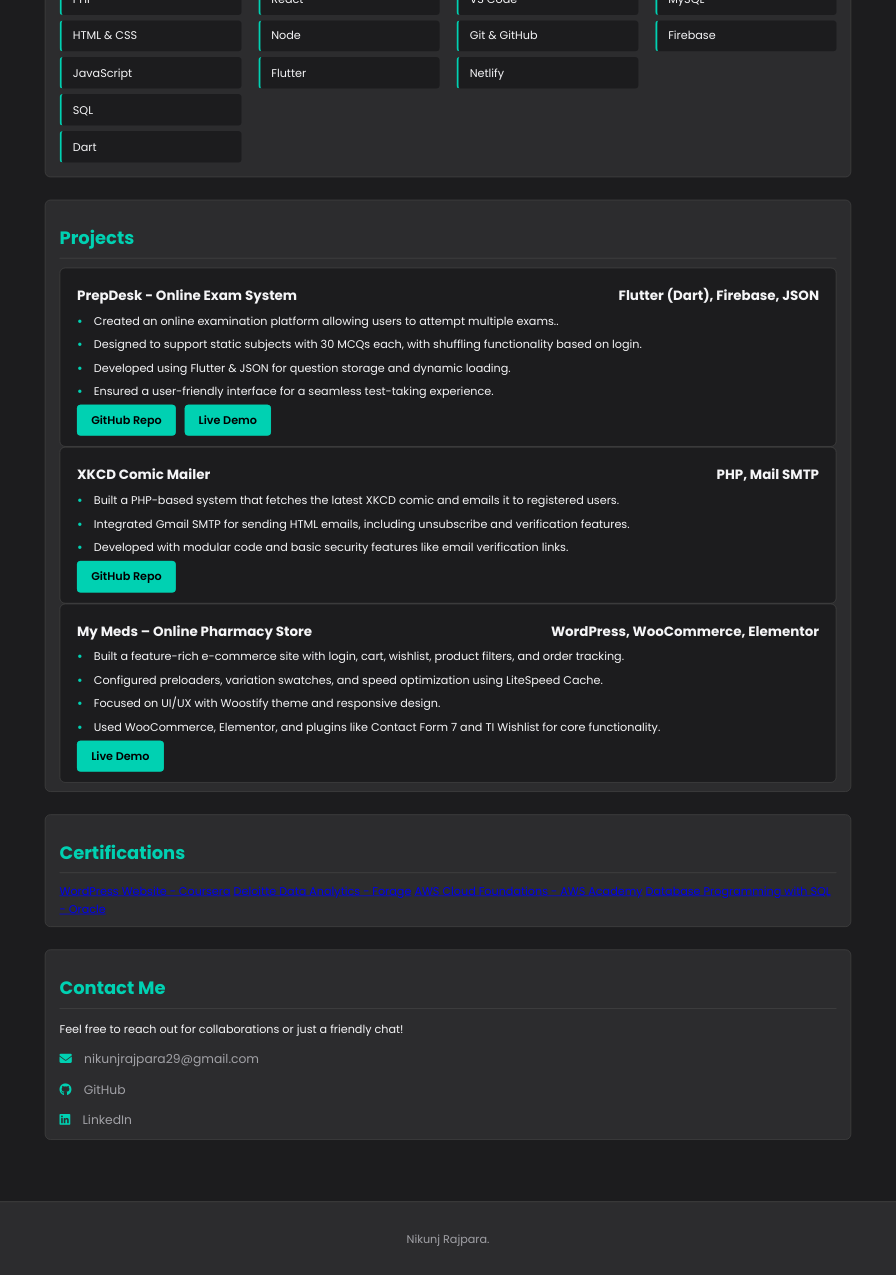
Repository: NikunjRajpara/portfolio
Page: index.html
An editor plug-in stored every save of this project. The page is shown before and after the next save, followed by the edit.
The browser window is 1280 px wide. The pictures show the part of the page from y = 1716 to 3636 px (the page is 3538 px tall before and 3636 px after), at 70% of full size.

Above is the page before, as saved 2025-07-23 11:17:16.

### index.html
<!DOCTYPE html>
<html lang="en">
<head>
    <meta charset="UTF-8">
    <meta name="viewport" content="width=device-width, initial-scale=1.0">
    <title>Nikunj Rajpara | Personal Portfolio</title>
    <link rel="stylesheet" href="style.css">
    <link rel="preconnect" href="https://fonts.googleapis.com">
    <link rel="preconnect" href="https://fonts.gstatic.com" crossorigin>
    <link href="https://fonts.googleapis.com/css2?family=Poppins:wght@300;400;600;700&display=swap" rel="stylesheet">
    <link rel="stylesheet" href="https://cdnjs.cloudflare.com/ajax/libs/font-awesome/6.5.1/css/all.min.css">
</head>
<body>

    <!-- Header Section -->
    <header>
        <nav>
            <div class="logo">Nikunj Rajpara</div>
            <ul class="nav-links">
  <li><a href="#about">About</a></li>
  <li><a href="#education">Education</a></li>
  <li><a href="#experience">Experience</a></li>
  <li><a href="#skills">Skills</a></li>
  <li><a href="#projects">Projects</a></li>
  <li><a href="#certifications">Certifications</a></li>
  <li><a href="#contact">Contact</a></li>
</ul>

        </nav>
    </header>

    <!-- Main Content -->
    <main>
        <!-- Hero Section -->
        <section id="hero">
            <div class="hero-content">
                <img src="https://github.com/user-attachments/assets/263757a8-381b-4890-8bf0-0c66ba8d1ebf" alt="Profile Picture of Nikunj Rajpara" class="profile-img">
                <div class="hero-text">
                    <h1>MERN Stack Developer</h1>
                    <p>A passionate developer focused on building secure, scalable, and modern web applications.</p>
                </div>
            </div>
        </section>

        <!-- About Section -->
        <section id="about">
            <h2>About Me</h2>
            <div class="About-item">
            <ul class="introduction">
                    <li>I'm a Computer Engineering student at Marwadi University, passionate about exploring how technology works and bringing ideas to life through hands-on experience. With a strong foundation, I am sharpening my skills as a Mern Stack Intern at BrainyBeam Technologies.</li>
                    <li> I thrive on turning ideas into functional, scalable solutions. With hands-on experience and a solid understanding, I am now expanding my horizons into open-source development. I’ve learned the importance of clean code, version control, and team collaboration — all principles I carry into every project.</li>
                    <li> I’m actively seeking internship opportunities in software development and tech-driven roles where I can grow, collaborate, and make an impact.</li>
                    <li>Let’s connect!</li>
                    </div>
        </section>

        <!-- Education Section -->
<section id="education">
  <h2>Education</h2>
  <div class="education-item">
    <p><strong>Marwadi University, Rajkot</strong></p>
    <p><strong>Computer Engineering - Diploma</strong><br>Oct 2020 - May 2023 | CGPA: 8.13</p>
  </div>
  <div class="education-item">
    <p><strong>Marwadi University, Rajkot</strong></p>
    <p><strong>Computer Engineering - B. Tech</strong><br>Sept 2023 - May 2026</p>
  </div>
</section>

        <!-- Experience Section -->
        <section id="experience">
            <h2>Experience</h2>
            <div class="experience-item">
                <div class="experience-header">
                    <h3>Brainy Beam Technologies | MERN Stack Intern</h3>
                    <span class="experience-location">Ahmedabad, Gujarat | May 2025 – June 2025</span>
                </div>
                <ul class="experience-details">
                    <li>Developed secure authentication and registration flows with real-time validation and structured error handling.</li>
                    <li>Built Core page layouts including routing, profile modules, and dashboard navigation with a clean, scalable architecture.</li>
                    <li>Followed modern web development standards and clean code practices, ensuring maintainability, performance, and security.</li>
                </ul>
            </div>
        </section>

        <!-- Skills Section -->
        <section id="skills">
            <h2>My Skills</h2>
            <div class="skills-container">
                <div class="skill-category">
                    <h3>Programming Languages</h3>
                    <ul>
                        <li>PHP</li>
                        <li>HTML & CSS</li>
                        <li>JavaScript</li>
                        <li>SQL</li>
                        <li>Dart</li>
                    </ul>
                </div>
                <div class="skill-category">
                    <h3>Libraries & Frameworks</h3>
                    <ul>
                        <li>React</li>
                        <li>Node</li>
                        <li>Flutter</li>
                    </ul>
                </div>
                <div class="skill-category">
                    <h3>Tools & Platforms</h3>
                    <ul>
                        <li>VS Code</li>
                        <li>Git & GitHub</li>
                        <li>Netlify</li>
                    </ul>
                </div>
                <div class="skill-category">
                    <h3>Databases</h3>
                    <ul>
                        <li>MySQL</li>
                        <li>Firebase</li>
                    </ul>
                </div>
            </div>
        </section>

        <!-- Projects Section -->
        <section id="projects">
            <h2>Projects</h2>
            <div class="project-card">
                <div class="project-header">
                    <h3>PrepDesk - Online Exam System</h3>
                    <span class="project-tech">Flutter (Dart), Firebase, JSON</span>
                </div>
                <ul class="project-details">
                    <li>Created an online examination platform allowing users to attempt multiple exams..</li>
                    <li>Designed to support static subjects with 30 MCQs each, with shuffling functionality based on login.</li>
                    <li>Developed using Flutter & JSON for question storage and dynamic loading.</li>
                    <li>Ensured a user-friendly interface for a seamless test-taking experience.</li>
                <div class="project-links">
                    <a href="https://github.com/NikunjRajpara/prepdesk" class="btn-link">GitHub Repo</a>
                    <a href="https://prepdeskexam.netlify.app/" class="btn-link">Live Demo</a>
                </div>
            </div>

            <div class="project-card">
  <div class="project-header">
    <h3>XKCD Comic Mailer</h3>
    <span class="project-tech">PHP, Mail SMTP</span>
  </div>
  <ul class="project-details">
    <li>Built a PHP-based system that fetches the latest XKCD comic and emails it to registered users.</li>
    <li>Integrated Gmail SMTP for sending HTML emails, including unsubscribe and verification features.</li>
    <li>Developed with modular code and basic security features like email verification links.</li>
  </ul>
  <div class="project-links">
    <a href="https://github.com/NikunjRajpara/XKCD-Comic" class="btn-link">GitHub Repo</a>
  </div>
</div>

<div class="project-card">
  <div class="project-header">
    <h3>My Meds – Online Pharmacy Store</h3>
    <span class="project-tech">WordPress, WooCommerce, Elementor</span>
  </div>
  <ul class="project-details">
    <li>Built a feature-rich e-commerce site with login, cart, wishlist, product filters, and order tracking.</li>
    <li>Configured preloaders, variation swatches, and speed optimization using LiteSpeed Cache.</li>
    <li>Focused on UI/UX with Woostify theme and responsive design.</li>
    <li>Used WooCommerce, Elementor, and plugins like Contact Form 7 and TI Wishlist for core functionality.</li>
  </ul>
  <div class="project-links">
    <a href="https://mymeds.42web.io/" class="btn-link">Live Demo</a>
  </div>
</div>

        </section>

     <!-- Certifications Section -->
<section id="certifications">
  <h2>Certifications</h2>
  <div class="cert-links">
    <a href="https://www.coursera.org/account/accomplishments/verify/JCHUG2V3B9CD" target="_blank">WordPress Website - Coursera</a>
    <a href="https://forage-uploads-prod.s3.amazonaws.com/completion-certificates/9PBTqmSxAf6zZTseP/io9DzWKe3PTsiS6GG_9PBTqmSxAf6zZTseP_cTxrjBYMDmJePsFNL_1745661196625_completion_certificate.pdf" target="_blank">Deloitte Data Analytics - Forage</a>
    <a href="https://www.credly.com/badges/220a269f-0b0c-48c9-b872-8cb1258a5f5d" target="_blank">AWS Cloud Foundations - AWS Academy</a>
    <a href="https://drive.google.com/file/d/12mJQulLoDs20k5aMf6YPIAZCJ1PORaJe/view" target="_blank">Database Programming with SQL - Oracle</a>
  </div>
</section>




        <!-- Contact Section -->
        <aside id="contact">
            <h2>Contact Me</h2>
            <p>Feel free to reach out for collaborations or just a friendly chat!</p>
            <div class="contact-links">
                <a href="mailto:nikunjrajpara29@gmail.com"><i class="fas fa-envelope"></i> nikunjrajpara29@gmail.com</a>
                <a href="https://github.com/NikunjRajpara"><i class="fab fa-github"></i> GitHub</a>
                <a href="https://www.linkedin.com/in/nikunj-rajpara-4628a0247/"><i class="fab fa-linkedin"></i> LinkedIn</a>
            </div>
        </aside>
    </main>

    <!-- Footer -->
    <footer>
        <p>Nikunj Rajpara.</p>
    </footer>

</body>
</html>

### style.css
/* CSS Variables for easy color changes */
:root {
    --primary-neon: #00d1b2; /* A vibrant, modern teal/neon color */
    --background-dark: #1c1c1e;
    --content-dark: #2c2c2e;
    --text-light: #f5f5f7;
    --text-muted: #a1a1a6;
    --border-color: #444;
}

/* FIX: This tells the browser to leave 80px of space at the top when scrolling to an element */
html {
    scroll-behavior: smooth;
    scroll-padding-top: 80px;
}

/* General Body Styles */
body {
    font-family: 'Poppins', sans-serif;
    margin: 0;
    padding: 0;
    background-color: var(--background-dark);
    color: var(--text-light);
    line-height: 1.6;
}

/* Header and Navigation */
header {
    background-color: var(--content-dark);
    box-shadow: 0 2px 4px rgba(0,0,0,0.3);
    padding: 1rem 5%;
    position: sticky;
    top: 0;
    z-index: 1000;
}

nav {
    display: flex;
    justify-content: space-between;
    align-items: center;
}

.logo {
    font-size: 1.5rem;
    font-weight: 700;
    color: var(--primary-neon);
    text-shadow: 0 0 5px rgba(0, 209, 178, 0.7);
}

.nav-links {
    list-style: none;
    display: flex;
    gap: 1.5rem;
    margin: 0;
    padding: 0;
}

.nav-links a {
    text-decoration: none;
    color: var(--text-muted);
    font-weight: 600;
    transition: color 0.3s ease, text-shadow 0.3s ease;
}

.nav-links a:hover {
    color: var(--primary-neon);
    text-shadow: 0 0 3px rgba(0, 209, 178, 0.5);
}

/* Main Content and Sections */
main {
    padding: 1.5rem 5%;
}

section, aside {
    margin-bottom: 2rem;
    padding: 0.75rem 1.25rem; /* Reduced top and bottom padding */
    background-color: var(--content-dark);
    border-radius: 8px;
    border: 1px solid var(--border-color);
}

h1, h2, h3 {
    color: var(--text-light);
}

h1 {
    font-size: 2.5rem;
    margin-bottom: 0.5rem;
}

h2 {
    font-size: 1.6rem;
    color: var(--primary-neon);
    margin-bottom: 0.8rem;
    border-bottom: 1px solid var(--border-color);
    padding-bottom: 0.5rem;
}

/* Hero Section */
#hero {
    background: none;
    border: none;
    text-align: center;
    padding-top: 1rem;
}

.hero-content {
    display: flex;
    flex-direction: column;
    align-items: center;
    gap: 0.5rem; /* Reduced gap */
}

.profile-img {
    width: 150px;
    height: 150px;
    border-radius: 50%;
    border: 4px solid var(--primary-neon);
    box-shadow: 0 0 25px rgba(0, 209, 178, 0.5);
}

.hero-text h1 {
    color: var(--text-light);
    font-weight: 700;
    margin: 0; /* Removed all margins */
    line-height: 1.2; /* Tightened line height */
}

.hero-text p {
    font-size: 1.1rem;
    color: var(--text-muted);
    font-weight: 300;
    margin: 0; /* Removed all margins */
}

.introduction {
    list-style: none;
    padding-left: 0;
    margin: 0;
}
.About-item {
    background: var(--background-dark);
    padding: 1.5rem;
    border-radius: 8px;
    border: 1px solid var(--border-color);
}
.introduction{
    padding-left: 1.5rem;
    position: relative;
    margin-bottom: 0.5rem;
}

.introduction li::before {
    content: '•';
    color: var(--primary-neon);
    font-weight: bold;
    display: inline-block;
    position: absolute;
    left: 0;
}

/* Experience Section */
.experience-item {
    background: var(--background-dark);
    padding: 1.5rem;
    border-radius: 8px;
    border: 1px solid var(--border-color);
}

.experience-header {
    display: flex;
    justify-content: space-between;
    align-items: baseline;
    margin-bottom: 1rem;
}

.experience-header h3 {
    margin: 0;
    font-size: 1.2rem;
    font-weight: 700;
    color: var(--text-light);
}

.experience-location {
    font-size: 1.2rem;
    color: var(--text-light);
    font-style: normal;
    font-weight: 700;
    white-space: nowrap;
    padding-left: 1rem;
}

.experience-details {
    list-style: none;
    padding-left: 0;
    margin: 0;
}

.experience-details li {
    padding-left: 1.5rem;
    position: relative;
    margin-bottom: 0.5rem;
}

.experience-details li::before {
    content: '•';
    color: var(--primary-neon);
    font-weight: bold;
    display: inline-block;
    position: absolute;
    left: 0;
}

/* Skills Section */
.skills-container {
    display: grid;
    grid-template-columns: repeat(auto-fit, minmax(220px, 1fr));
    gap: 1.5rem;
}

.skill-category h3 {
    color: var(--primary-neon);
    font-size: 1.2rem;
    margin-bottom: 1rem;
}

.skill-category ul {
    list-style: none;
    padding: 0;
    margin: 0;
}

.skill-category li {
    background-color: var(--background-dark);
    padding: 0.6rem 1rem;
    margin-bottom: 0.5rem;
    border-radius: 5px;
    border-left: 3px solid var(--primary-neon);
    transition: transform 0.2s ease, box-shadow 0.2s ease;
}

.skill-category li:hover {
    transform: translateX(5px);
    box-shadow: 0 0 10px rgba(0, 209, 178, 0.3);
}


/* Projects Section */
.project-card {
    background: var(--background-dark);
    padding: 1.5rem;
    border-radius: 8px;
    border: 1px solid var(--border-color);
}

.project-header {
    display: flex;
    justify-content: space-between;
    align-items: baseline;
    margin-bottom: 0.5rem;
}

.project-header h3 {
    margin: 0;
    font-size: 1.2rem;
    font-weight: 700;
}

.project-tech {
    font-size: 1.2rem;
    color: var(--text-light);
    font-style: normal;
    font-weight: 700;
    white-space: nowrap;
    padding-left: 1rem;
}

.project-details {
    list-style: none;
    padding-left: 0;
    margin: 0;
}

.project-details li {
    padding-left: 1.5rem;
    position: relative;
    margin-bottom: 0.5rem;
}

.project-details li::before {
    content: '•';
    color: var(--primary-neon);
    font-weight: bold;
    display: inline-block;
    position: absolute;
    left: 0;
}

.project-links {
    margin-top: 1rem;
}

.btn-link {
    text-decoration: none;
    background-color: var(--primary-neon);
    color: #000;
    padding: 0.6rem 1.2rem;
    border-radius: 5px;
    font-weight: 600;
    transition: background-color 0.3s ease, box-shadow 0.3s ease;
    margin-right: 0.5rem;
    border: 1px solid var(--primary-neon);
}

.btn-link:hover {
    background-color: transparent;
    color: var(--primary-neon);
    box-shadow: 0 0 15px rgba(0, 209, 178, 0.6);
}

/* Contact Section */
#contact .contact-links {
    display: flex;
    flex-direction: column;
    gap: 1rem;
}

#contact .contact-links a {
    text-decoration: none;
    color: var(--text-muted);
    font-size: 1.1rem;
    transition: color 0.3s ease;
}

#contact .contact-links a:hover {
    color: var(--primary-neon);
}

#contact .contact-links i {
    margin-right: 0.8rem;
    color: var(--primary-neon);
}

/* Footer */
footer {
    text-align: center;
    padding: 1.5rem 5%;
    background-color: var(--content-dark);
    color: var(--text-muted);
    margin-top: 2rem;
    border-top: 1px solid var(--border-color);
}

/* Responsive Design */
@media (max-width: 768px) {
    nav {
        flex-direction: column;
        gap: 1rem;
    }

    .nav-links {
        flex-wrap: wrap;
        justify-content: center;
        gap: 0.5rem 1rem;
    }

    h1 {
        font-size: 2rem;
    }

    h2 {
        font-size: 1.5rem; /* Adjusted for mobile */
    }

    main {
        padding: 1.5rem 3%;
    }

    .skills-container {
        grid-template-columns: 1fr;
    }

    .experience-header,
    .project-header {
       flex-direction: column;
       align-items: flex-start;
       gap: 0.25rem;
    }
}

.certifications-container {
    display: flex;
    flex-direction: column;
    gap: 0.75rem;
    align-items: flex-start; /* Align badges to left without stretching */
}



.cert-badge {
    display: inline-block;
    width: auto;
    background-color: var(--primary-neon);
    color: #000;
    padding: 0.5rem 1rem;
    border-radius: 20px;
    font-weight: 600;
    text-decoration: none;
    transition: background-color 0.3s ease, color 0.3s ease, box-shadow 0.3s ease;
    border: 1px solid var(--primary-neon);
}

.cert-badge:hover {
    background-color: transparent;
    color: var(--primary-neon);
    box-shadow: 0 0 10px rgba(0, 209, 178, 0.6);
}

After the next save:
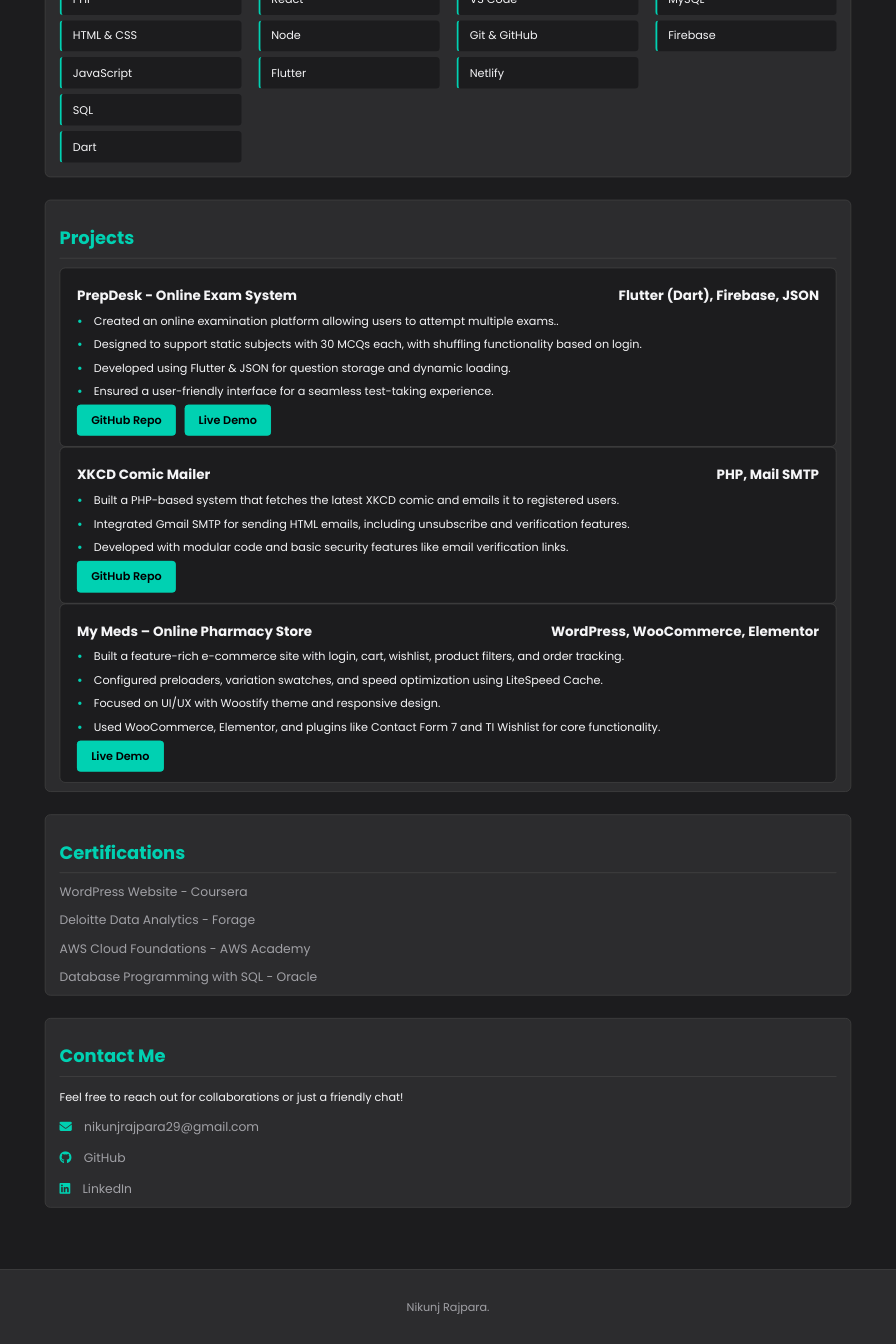
Saved 32 s later.
--- a/style.css
+++ b/style.css
@@ -389,30 +389,19 @@ footer {
     }
 }
 
-.certifications-container {
+.cert-links {
     display: flex;
     flex-direction: column;
     gap: 0.75rem;
-    align-items: flex-start; /* Align badges to left without stretching */
-}
-
-
-
-.cert-badge {
-    display: inline-block;
-    width: auto;
-    background-color: var(--primary-neon);
-    color: #000;
-    padding: 0.5rem 1rem;
-    border-radius: 20px;
-    font-weight: 600;
+}
+
+.cert-links a {
     text-decoration: none;
-    transition: background-color 0.3s ease, color 0.3s ease, box-shadow 0.3s ease;
-    border: 1px solid var(--primary-neon);
-}
-
-.cert-badge:hover {
-    background-color: transparent;
-    color: var(--primary-neon);
-    box-shadow: 0 0 10px rgba(0, 209, 178, 0.6);
-}
+    color: var(--text-muted);
+    font-size: 1.1rem;
+    transition: color 0.3s ease;
+}
+
+.cert-links a:hover {
+    color: var(--primary-neon);
+}
